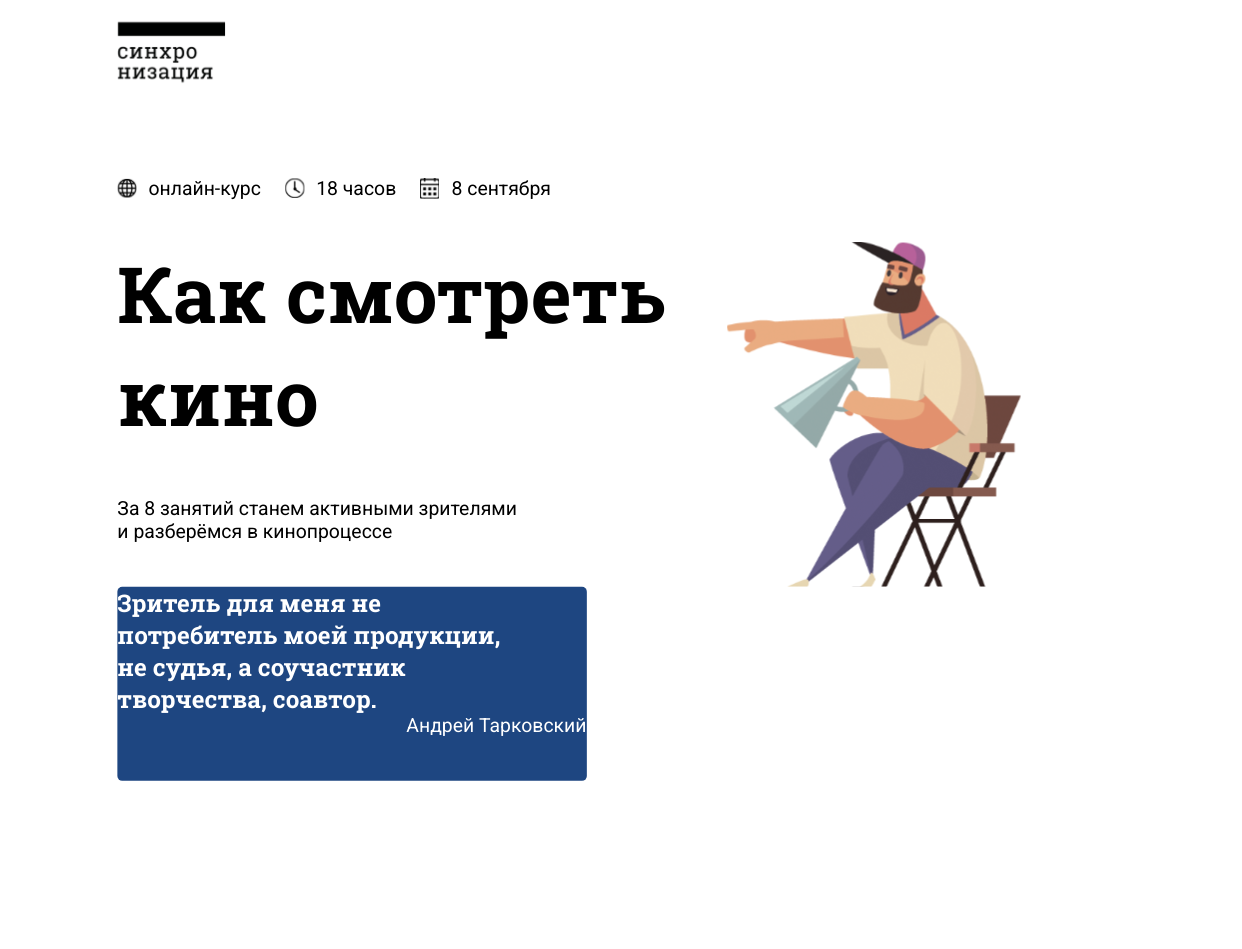
Repository: kubrazamanova/project1
Page: index.html
The author's editor kept a copy of each file at every save. The page is drawn from the files as they stood at one save, then again after a run of saves.
The browser window is 1280 px wide. The pictures show the whole page, at 97% of full size.

Above is the page before, as saved 2023-09-09 13:03:21.

After the next 2 saves:
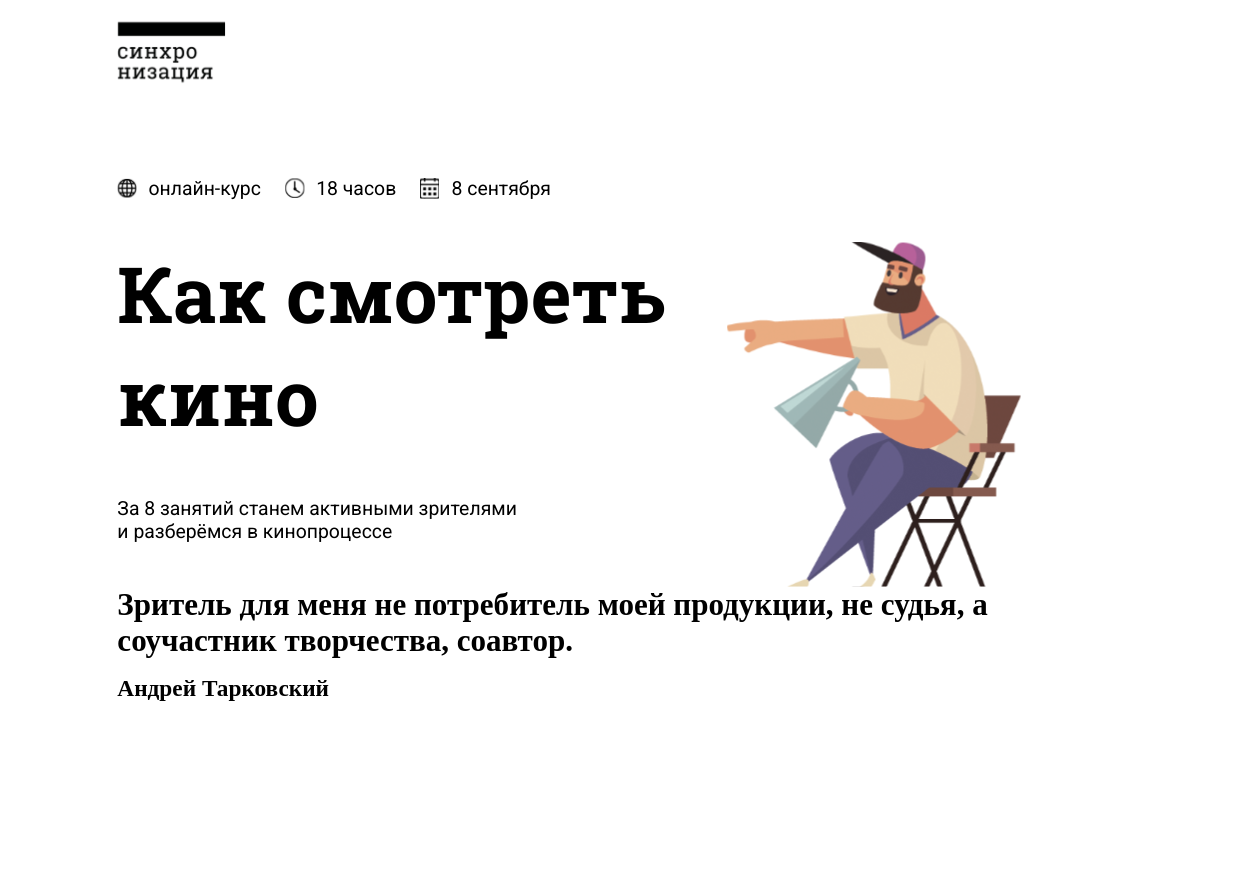
The 2 saves are shown as one change because they came seconds apart.
The last was saved 34 s later.
--- a/index.html
+++ b/index.html
@@ -37,14 +37,14 @@
 </div>
 
       <div class="card-box">
-        <div class="blue">
+
           <h1>
             Зритель для меня не потребитель моей продукции, не судья, а
             соучастник творчества, соавтор.
           </h1>
           <br />
           <h2>Андрей Тарковский</h2>
-        </div>
+
       </div>
     </div>
   </body>
